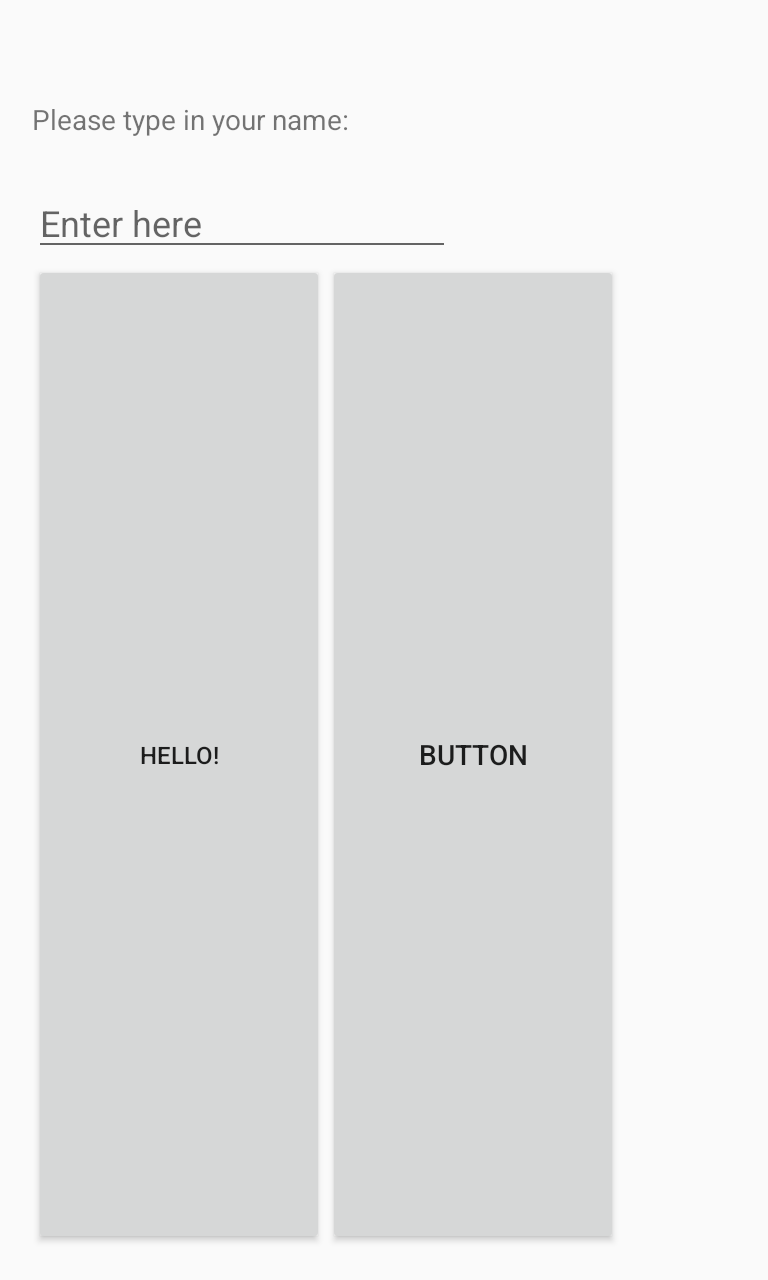
Repository: echolomaniac/HelloWorld
Layout: HelloWorld/res/layout/fragment_main.xml
The author's editor kept a copy of each file at every save. The layout is drawn from the files as they stood at one save, then again after the next save.
It is drawn on a 768 x 1280 px phone screen (xhdpi) without system bars, with theme AppTheme; the app's code is not run.

Above is the layout before, as saved 2014-05-06 05:11:23.

After the next save:
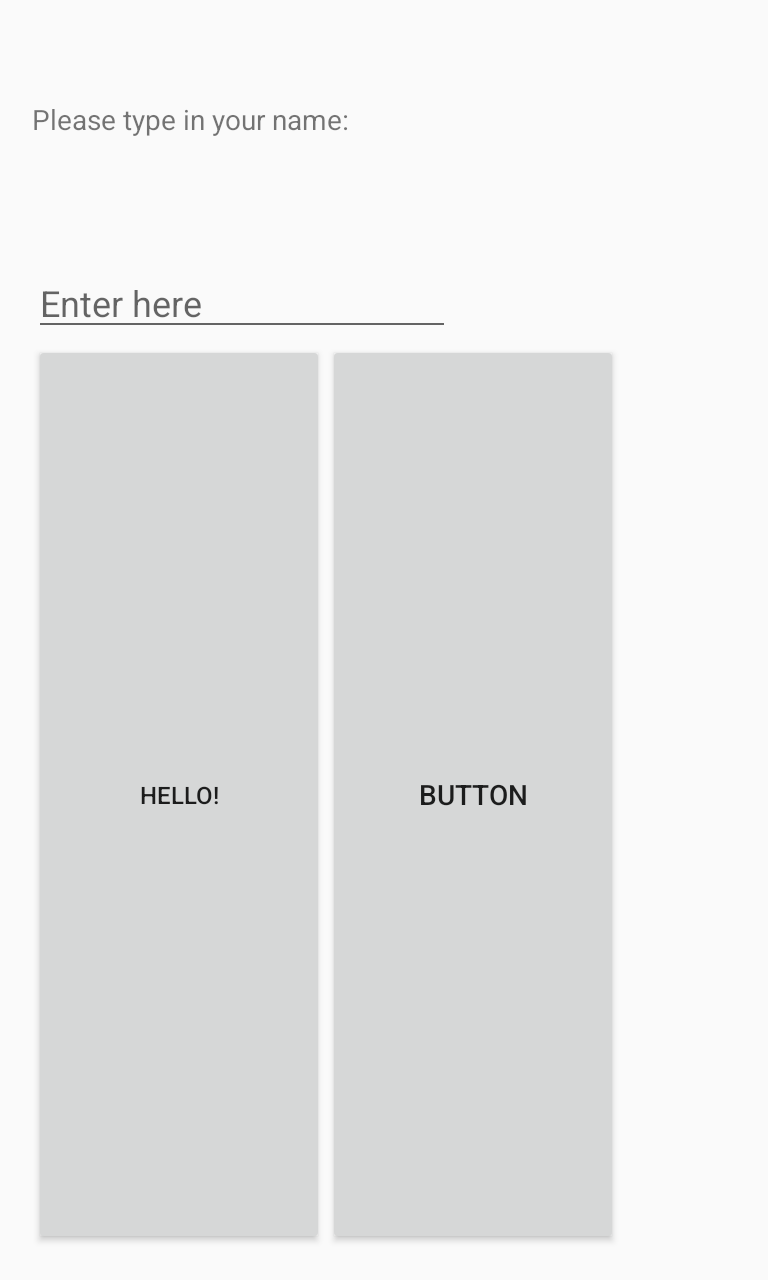
Saved 6 min 53 s later.
--- a/HelloWorld/res/layout/fragment_main.xml
+++ b/HelloWorld/res/layout/fragment_main.xml
@@ -26,14 +26,14 @@
             android:id="@+id/editText1"
             android:layout_width="wrap_content"
             android:layout_height="wrap_content"
-            android:layout_marginTop="20dp"
+            android:layout_marginTop="60dp"
             android:ems="10"
             android:hint="@string/hint_enter_name" />
 
         <LinearLayout
             android:layout_width="fill_parent"
             android:layout_height="0dp"
-            android:layout_weight="0.02" >
+            android:layout_weight="0.01" >
 
             <Button
                 android:id="@+id/button1"
